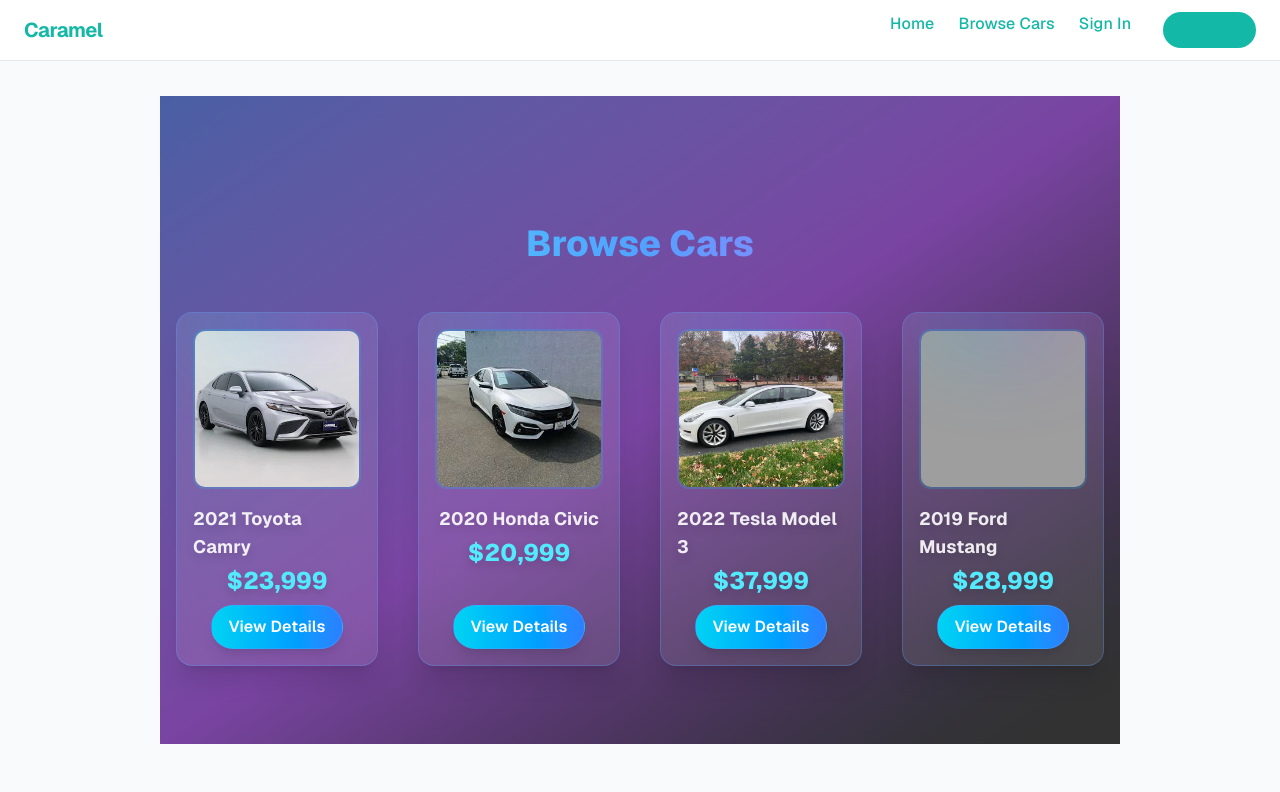
Repository: virat07/sellyourcar
Page: /cars
These files come from the project's save history. The page is drawn as it stood at one moment and after the next save; the edit follows.
The browser window is 1280 px wide. The pictures show the whole page.
Pictures or frames that could not be fetched are drawn as grey boxes. The project was rebuilt for these pictures with package versions that can differ from the ones it lists, and the page was loaded fresh each time. The framework's server and built-in components were replaced by stand-ins that run in the browser. Also part of the build but not shown: next.config.ts.

Above is the page before, as saved 2025-07-18 15:17:18.

### src/app/layout.tsx
import type { Metadata } from "next";
import { Geist, Geist_Mono } from "next/font/google";
import "./globals.css";
import NavBar from "../components/NavBar";

const geistSans = Geist({
  variable: "--font-geist-sans",
  subsets: ["latin"],
});

const geistMono = Geist_Mono({
  variable: "--font-geist-mono",
  subsets: ["latin"],
});

export const metadata: Metadata = {
  title: "Create Next App",
  description: "Generated by create next app",
};

export default function RootLayout({
  children,
}: Readonly<{
  children: React.ReactNode;
}>) {
  return (
    <html lang="en">
      <body className={`${geistSans.variable} ${geistMono.variable} antialiased bg-[var(--background)] text-[var(--foreground)]`}>
        <NavBar />
        <div className="max-w-5xl mx-auto px-4 sm:px-8 pt-24 pb-12">
          {children}
        </div>
      </body>
    </html>
  );
}

### src/app/cars/page.tsx
import Link from "next/link";

const mockCars = [
  {
    id: 1,
    make: "Toyota",
    model: "Camry",
    year: 2021,
    price: 23999,
    image: "/car1.png",
  },
  {
    id: 2,
    make: "Honda",
    model: "Civic",
    year: 2020,
    price: 20999,
    image: "/car2.png",
  },
  {
    id: 3,
    make: "Tesla",
    model: "Model 3",
    year: 2022,
    price: 37999,
    image: "/car4.png",
  },
  {
    id: 4,
    make: "Ford",
    model: "Mustang",
    year: 2019,
    price: 28999,
    image: "/car3.png",
  },
];

export default function CarsPage() {
  return (
    <main className="relative min-h-[90vh] pt-32 pb-16 px-4 overflow-hidden">
      <div className="absolute inset-0 -z-10 bg-gradient-to-br from-blue-900 via-purple-900 to-black animate-gradient-move opacity-80" />
      <h2 className="text-4xl font-extrabold mb-12 text-transparent bg-clip-text bg-gradient-to-r from-cyan-300 via-blue-400 to-purple-500 animate-gradient-x text-center">Browse Cars</h2>
      <div className="grid grid-cols-1 sm:grid-cols-2 md:grid-cols-3 lg:grid-cols-4 gap-10">
        {mockCars.map((car) => (
          <Link
            key={car.id}
            href={`/cars/${car.id}`}
            className="group bg-white/10 backdrop-blur-lg border border-blue-400/30 rounded-2xl shadow-xl p-4 flex flex-col items-center transition-transform hover:scale-105 hover:shadow-2xl hover:border-cyan-400/60 relative overflow-hidden"
          >
            <div className="absolute -top-10 left-1/2 -translate-x-1/2 w-40 h-24 bg-gradient-to-r from-cyan-400/30 via-blue-500/20 to-purple-600/30 rounded-full blur-2xl opacity-70 group-hover:opacity-90 transition" />
            <img
              src={car.image}
              alt={`${car.make} ${car.model}`}
              className="w-full h-40 object-cover rounded-xl mb-4 border-2 border-cyan-400/20 group-hover:border-cyan-400/60 transition"
            />
            <div className="text-lg font-bold mb-1 text-white/90 drop-shadow-lg">
              {car.year} {car.make} {car.model}
            </div>
            <div className="text-cyan-300 font-extrabold text-2xl mb-2 drop-shadow-lg">
              ${car.price.toLocaleString()}
            </div>
            <span className="mt-auto px-4 py-2 bg-gradient-to-r from-cyan-400 to-blue-500 text-white rounded-full shadow-lg font-semibold border border-blue-400/40 group-hover:from-blue-500 group-hover:to-cyan-400 transition-all animate-glow">
              View Details
            </span>
          </Link>
        ))}
      </div>
    </main>
  );
}

### src/app/globals.css
@import "tailwindcss";

:root {
  --background: #f8fafc;
  --foreground: #18181b;
  --accent: #14b8a6;
  --border: #e5e7eb;
}

@media (prefers-color-scheme: dark) {
  :root {
    --background: #18181b;
    --foreground: #f1f5f9;
    --accent: #2dd4bf;
    --border: #334155;
  }
}

body {
  background: var(--background);
  color: var(--foreground);
  font-family: var(--font-geist-sans, Arial, Helvetica, sans-serif);
  font-weight: 400;
  letter-spacing: 0.01em;
  line-height: 1.6;
  margin: 0;
  padding: 0;
}

* {
  box-sizing: border-box;
}

a {
  color: var(--accent);
  text-decoration: none;
  transition: color 0.2s;
}
a:hover {
  text-decoration: underline;
  color: #0d9488;
}

input, button, textarea, select {
  font-family: inherit;
  font-size: 1rem;
}

### src/components/NavBar.tsx
import Link from "next/link";

export default function NavBar() {
  return (
    <nav className="w-full bg-white border-b border-[var(--border)] py-3 px-6 flex items-center justify-between fixed top-0 left-0 z-50 shadow-none">
      <div className="text-xl font-bold tracking-tight text-[var(--accent)]">
        <Link href="/">Caramel</Link>
      </div>
      <div className="flex gap-6 text-base font-medium">
        <Link href="/" className="hover:text-[var(--accent)] transition-colors">Home</Link>
        <Link href="/cars" className="hover:text-[var(--accent)] transition-colors">Browse Cars</Link>
        <Link href="/auth/signin" className="hover:text-[var(--accent)] transition-colors">Sign In</Link>
        <Link href="/auth/signup" className="ml-2 px-4 py-1.5 bg-[var(--accent)] text-white rounded-full hover:bg-blue-700 transition-colors font-semibold">Sign Up</Link>
      </div>
    </nav>
  );
}

After the next save:
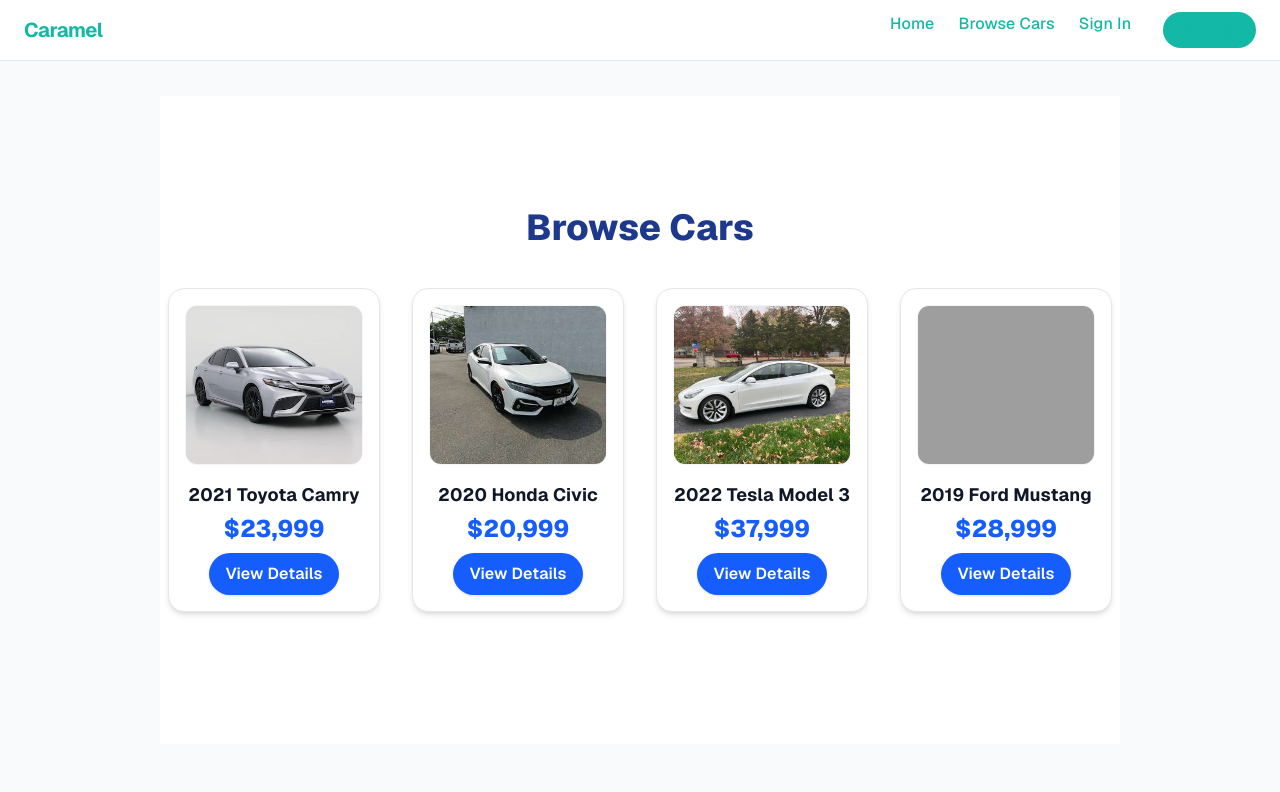
Saved 69 s later.
--- a/src/app/cars/page.tsx
+++ b/src/app/cars/page.tsx
@@ -37,29 +37,27 @@
 
 export default function CarsPage() {
   return (
-    <main className="relative min-h-[90vh] pt-32 pb-16 px-4 overflow-hidden">
-      <div className="absolute inset-0 -z-10 bg-gradient-to-br from-blue-900 via-purple-900 to-black animate-gradient-move opacity-80" />
-      <h2 className="text-4xl font-extrabold mb-12 text-transparent bg-clip-text bg-gradient-to-r from-cyan-300 via-blue-400 to-purple-500 animate-gradient-x text-center">Browse Cars</h2>
-      <div className="grid grid-cols-1 sm:grid-cols-2 md:grid-cols-3 lg:grid-cols-4 gap-10">
+    <main className="min-h-[90vh] pt-28 pb-16 px-2 bg-white">
+      <h2 className="text-4xl font-extrabold mb-10 text-blue-900 text-center">Browse Cars</h2>
+      <div className="grid grid-cols-1 sm:grid-cols-2 md:grid-cols-3 lg:grid-cols-4 gap-8">
         {mockCars.map((car) => (
           <Link
             key={car.id}
             href={`/cars/${car.id}`}
-            className="group bg-white/10 backdrop-blur-lg border border-blue-400/30 rounded-2xl shadow-xl p-4 flex flex-col items-center transition-transform hover:scale-105 hover:shadow-2xl hover:border-cyan-400/60 relative overflow-hidden"
+            className="group bg-white border border-gray-200 rounded-2xl shadow-md p-4 flex flex-col items-center hover:shadow-lg transition-all"
           >
-            <div className="absolute -top-10 left-1/2 -translate-x-1/2 w-40 h-24 bg-gradient-to-r from-cyan-400/30 via-blue-500/20 to-purple-600/30 rounded-full blur-2xl opacity-70 group-hover:opacity-90 transition" />
             <img
               src={car.image}
               alt={`${car.make} ${car.model}`}
-              className="w-full h-40 object-cover rounded-xl mb-4 border-2 border-cyan-400/20 group-hover:border-cyan-400/60 transition"
+              className="w-full h-40 object-cover rounded-xl mb-4 border border-gray-100"
             />
-            <div className="text-lg font-bold mb-1 text-white/90 drop-shadow-lg">
+            <div className="text-lg font-bold mb-1 text-gray-900">
               {car.year} {car.make} {car.model}
             </div>
-            <div className="text-cyan-300 font-extrabold text-2xl mb-2 drop-shadow-lg">
+            <div className="text-blue-600 font-extrabold text-2xl mb-2">
               ${car.price.toLocaleString()}
             </div>
-            <span className="mt-auto px-4 py-2 bg-gradient-to-r from-cyan-400 to-blue-500 text-white rounded-full shadow-lg font-semibold border border-blue-400/40 group-hover:from-blue-500 group-hover:to-cyan-400 transition-all animate-glow">
+            <span className="mt-auto px-4 py-2 bg-blue-600 text-white rounded-full shadow font-semibold hover:bg-blue-700 transition-all">
               View Details
             </span>
           </Link>
